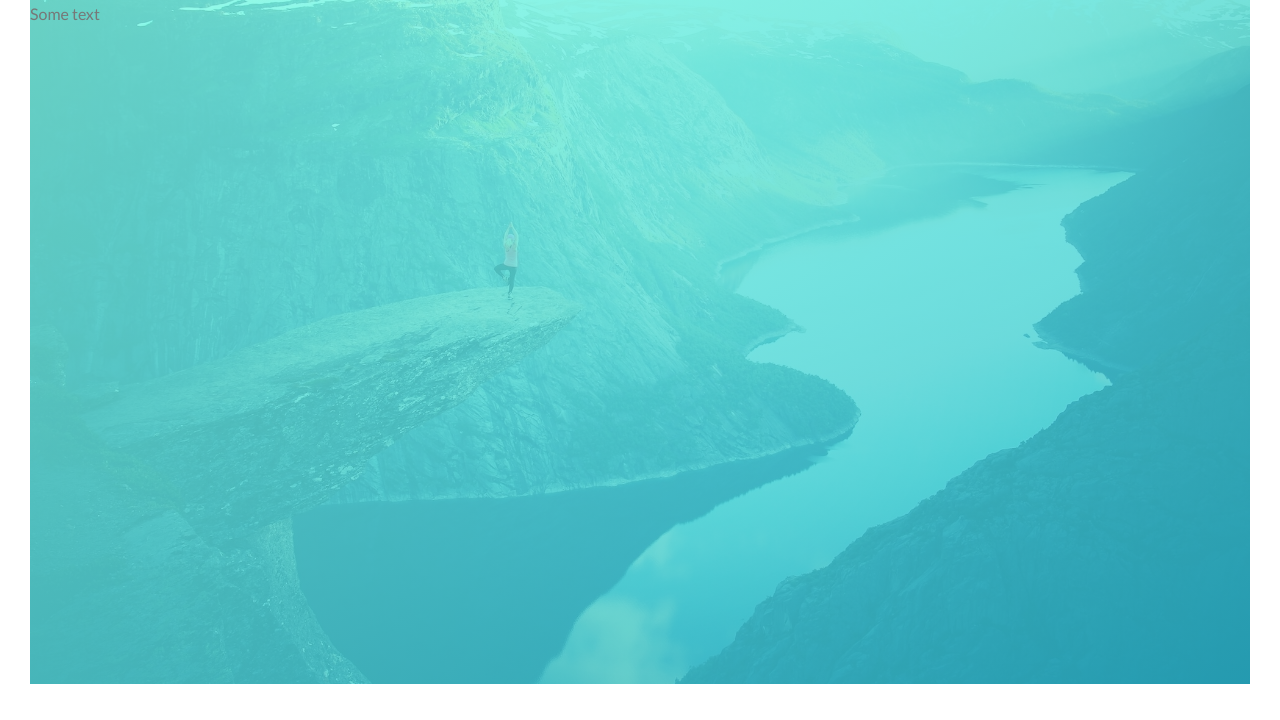
Repository: haokiet2501/natours-page
Page: index.html
An editor plug-in stored every save of this project. The page is shown before and after the next save, followed by the edit.
The browser window is 1280 px wide. The pictures show the whole page.

Above is the page before, as saved 2022-07-31 16:43:30.

After the next save:
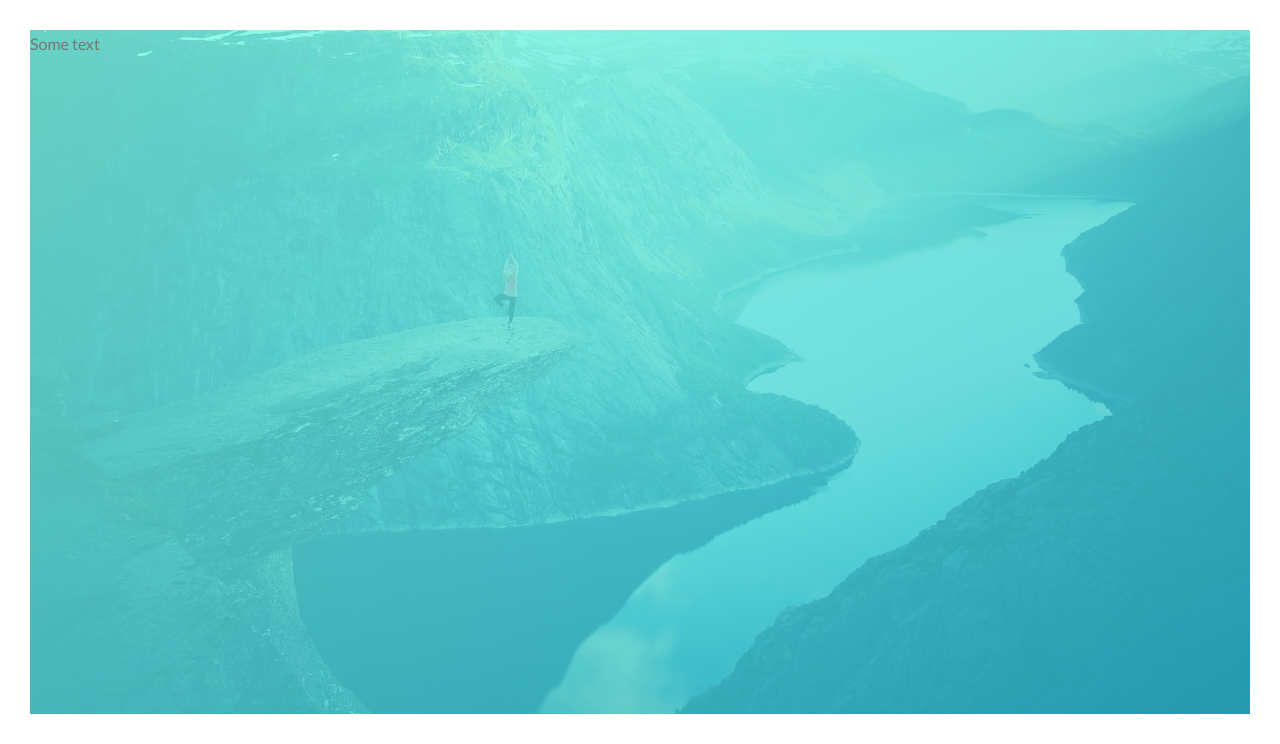
Saved 28 s later.
--- a/styles.css
+++ b/styles.css
@@ -18,7 +18,7 @@ body {
     font-weight: 400;
     font-size: 16px;
     color: #777;
-    padding: 0 30px;
+    padding: 30px;
 }
 
 html {
